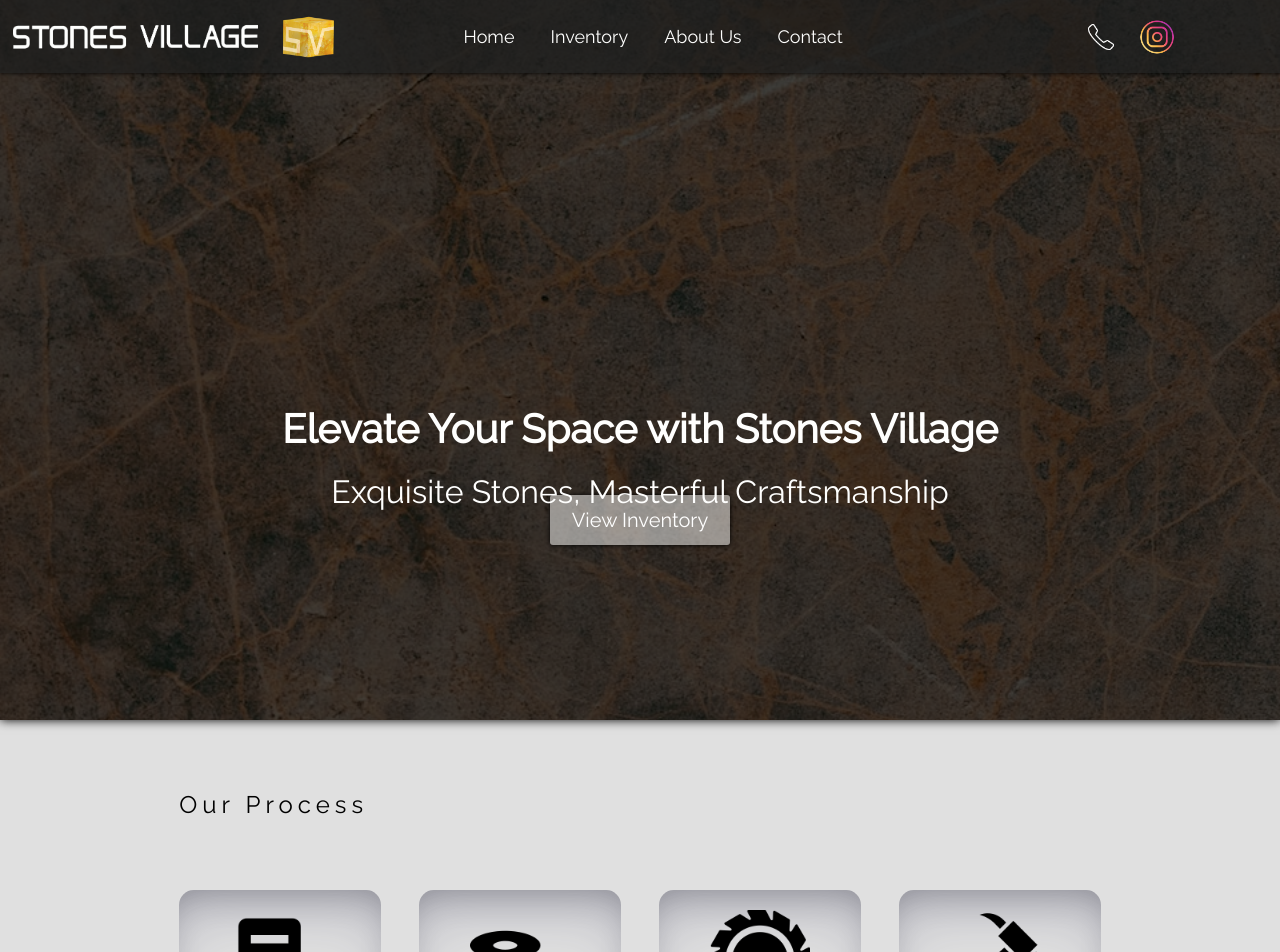
Repository: shayanabedi98/Stones-Village
Page: index.html
The author's editor kept a copy of each file at every save. The page is drawn from the files as they stood at one save, then again after the next save.
The browser window is 1280 px wide. The pictures show the part of the page from y = 0 to 952 px (the page is 3252 px tall).
A picture or video elsewhere on the page could not be fetched, so the positions and the page height are approximate.

Above is the page before, as saved 2023-10-26 23:40:22.

### index.html
<!DOCTYPE html>
<html lang="en">
<head>
    <meta charset="UTF-8">
    <meta name="viewport" content="width=device-width, initial-scale=1.0">
    <meta name="description" content="Stones Village: Premier stone supplier, fabricator, and installer in Concord, Ontario. Experience superior quality and craftsmanship in stone fabrication.">
    <meta name="keywords" content="Stones Village, Stone Supplier Concord, Ontario, Granite, Marble, Onyx, Quartz, Porcelain, Stone Fabrication">
    <title>Stones Village | Home</title>
    <link rel="preconnect" href="https://fonts.googleapis.com">
    <link rel="preconnect" href="https://fonts.gstatic.com" crossorigin>
    <link href="https://fonts.googleapis.com/css2?family=Raleway&display=swap" rel="stylesheet">
    <link rel="preconnect" href="https://fonts.googleapis.com">
    <link rel="preconnect" href="https://fonts.gstatic.com" crossorigin>
    <link href="https://fonts.googleapis.com/css2?family=Dancing+Script&display=swap" rel="stylesheet">
    <link rel="stylesheet" href="styles.css">
    <link rel="stylesheet" href="media.css">
</head>
<body>
    <div class="navbar">
        <div class="logo">
            <img id="logo-name" src="./resources/sv-name.png" alt="Company name">
            <img id="logo-cube" src="./resources/sv-cube.png" alt="Company logo">
        </div>
        <div class="navbar-menu">
            <ul>
                <li><a href="./">Home</a></li>
                <li><a href="./inventory">Inventory</a></li>
                <li><a href="./about-us">About Us</a></li>
                <li><a href="./contact">Contact</a></li>
            </ul>
            <div class="phone-menu-button">
                <img src="./resources/align-justify-svgrepo-com.png" alt="Menu Button">
            </div>
        </div>
        <div class="navbar-menu-mobile">
            <ul>
                <li><a href="./">Home</a></li>
                <li><a href="./inventory">Inventory</a></li>
                <li><a href="./about-us">About Us</a></li>
                <li><a href="./contact">Contact</a></li>
            </ul>
            <button id="tel">
                <a href="tel:+14372375062">
                    <img src="./resources/icons8-phone-100.png" alt="Contact By Number">
                </a>
            </button>
            <button id="instagram">
                <a target="_blank" href="https://www.instagram.com/stonesvillage/">
                    <img src="./resources/iglogo.png" alt="Visit Instagram page">
                </a>
            </button>
            <div class="close-navbar-menu-mobile">
                <img src="./resources/close-svgrepo-com.png" alt="Close menu button">
            </div>
        </div>
        <div class="navbar-links">
            <button id="tel">
                <a href="tel:+14372375062">
                    <img src="./resources/icons8-phone-100.png" alt="Contact By Number">
                </a>
            </button>
            <button id="instagram">
                <a target="_blank" href="https://www.instagram.com/stonesvillage/">
                    <img src="./resources/iglogo.png" alt="Visit Instagram page">
                </a>
            </button>
        </div>
    </div>
    <div class="grid-container">
        <div class="banner1">
            <!-- Background Image -->
        </div>
        <div class="banner-overlay">
            <h1>Elevate Your Space with Stones Village<br><span>Exquisite Stones, Masterful Craftsmanship</span></h1>

            <button>View Inventory</button>
        </div>
        <div class="card-title title">Our Process</div>
        <div class="card-container">
            <div class="card">
                <img src="./resources/invoice-svgrepo-com.png" alt="Icon of Stone Slab">
                <div class="card-text">
                    <p class="card-name">Free Quotation</p>
                    <p class="card-description">Bring Your Vision to Life: Request a free, detailed quote today!</p>
                </div>
            </div>
            <div class="card">
                <img src="./resources/measure-2-svgrepo-com.png" alt="Icon of Stone Slab">
                <div class="card-text">
                    <p class="card-name">Measurement</p>
                    <p class="card-description">Precision at its Best: Guaranteeing a flawless fit and finish with meticulous measurements.</p>
                </div>
            </div>
            <div class="card">
                <img src="./resources/saw-svgrepo-com.png" alt="Icon of Stone Slab">
                <div class="card-text">
                    <p class="card-name">Fabrication</p>
                    <p class="card-description">Elegance Crafted: Precision fabrication transforms raw stones into exquisite masterpieces.</p>
                </div>
            </div>
            <div class="card">
                <img src="./resources/hammer-work-construction-svgrepo-com.png" alt="Icon of Stone Slab">
                <div class="card-text">
                    <p class="card-name">Installation</p>
                    <p class="card-description">Seamless Excellence: Trust in our precise and careful installation for a flawless stone finish.</p>
                </div>
            </div>
        </div>
        <hr>
        <div class="summary-container">
            <div class="summary-text">
                <h2 class="title">Who are we?</h2>
                <p>
                    Stones Village is a renowned supplier, fabricator, and installer of high-quality stones including Granite, Marble, Onyx, Quartz, and Porcelain. Located in the vibrant community of Concord, Ontario, we have years of experience in transforming spaces with our exceptional craftsmanship and dedication to precision. Our expert team is committed to meeting the demands of clients across the country, providing meticulous measurements, seamless installations, and offering free, detailed quotations to kickstart your projects. At Stones Village, we bring your visions to life, ensuring each project is a testament to our mastery and passion for stone craftsmanship.
                </p>
            </div>
            <div class="summary-image">
                <img src="./resources/inventory/inventory-jpg/Onyx-Shower.jpg" alt="Image of Shower with Onyx slab on wall">
            </div>
        </div>
        <hr>
        <div class="example-container">
            <div class="example-content">
                <p class="title">Discover Beauty</p>
                <div class="example-pictures">
                    <img src="./resources/inventory/inventory-jpg/Porcelain-Fireplace.jpg" alt="Image of Porcelain fireplace">
                    <img src="./resources/inventory/inventory-jpg/Onyx-Island2.jpg" alt="Image of glowing Onyx kitchen island">
                    <img src="./resources/inventory/inventory-jpg/Porcelain-Fireplace2.jpg" alt="Image of ">
                    <img src="./resources/inventory/inventory-jpg/Marble-Island.jpg" alt="">
                </div>
            </div>
            <div class="example-description">
                <p>Stones Village invites you to our Instagram page, where a portfolio of diverse and transformative projects awaits. Here, you'll find a showcase of our commitment to excellence in stone craftsmanship. Follow us for a steady stream of inspiration, updates, and a glimpse into the artistry that defines every project. Connect with us on Instagram, and start envisioning the possibilities for your own space today!</p>
                <div class="example-description-btn">
                    <button id="example-instagram"><img src="./resources/Instagram_logo.svg.png" alt=""></button>
                </div>
            </div>
        </div>
    </div>
    <footer>
        <div class="navbar-menu">
            <ul>
                <li><a href="./">Home</a></li>
                <li><a href="./inventory">Inventory</a></li>
                <li><a href="./about-us">About Us</a></li>
                <li><a href="./contact">Contact</a></li>
            </ul>
            <p>Copyright © 2023 Shayan Abedi, Stones Village Inc.</p>
        </div>
    </footer>
    <script src="./index.js"></script>
</body>
</html>

### media.css
@media (max-width: 1024px)
{
    /* ****LAPTOP**** */
    /* Home */

    .card-container {
        width: 95%;
    }

    .card {
        width: 85%;
        height: 90%;
    }

    .card img {
        height: 6em;
    }

    .card-description {
        font-size: 14px;
        line-height: 22px;
    }

    .summary-container {
        width: 90%;
    }

    .summary-text p {
        font-size: 13px;
    }

    .summary-image img {
        height: 450px;
    }

    .example-container {
        width: 90%;
    }

    .example-pictures {
        width: 300px;
        height: 300px;
    }

    .example-pictures img {
        height: 150px;
        width: 150px;
    }

    .example-description p {
        line-height: 40px;
        font-size: 13px;
        margin-top: 50px;
    }

    #example-instagram, #example-contact {
        width: 120px;
        height: 30px;
        font-size: 14px;
        border-radius: 2px;
    }
}

@media (max-width: 425px) {
    /* Mobile L */
    /* Home */
    .navbar {
        grid-template-columns: 1fr 0.5fr;
    }

    #logo-name {
        height: 20px;
    }

    #logo-cube {
        height: 30px;
    }

    .navbar-links {
        display: none;
    }

    .navbar-menu ul {
        display: none;
    }

    .phone-menu-button {
        display: grid;
        align-items: center;
    }

    .banner1, .banner2, .banner3, .banner4, .banner5 {
        height: 100vh;
    }

    .banner-overlay h1 {
        width: 90%;
        top: 200px;
        font-size: 30px;
        line-height: 40px;
    }

    .banner-overlay {
        grid-template-rows: 0.6fr 1fr;
    }

    .banner-overlay span {
        font-size: 20px;
    }

    .banner-overlay button {
        font-size: 16px;
        width: 150px;
        height: 50px;
    }

    .card-container {
        grid-template-rows: repeat(4, 1fr);
        grid-template-columns: none;
    }

    .title {
        text-align: center;
    }

    .card-title {
        margin-top: 100px;
        margin-bottom: 0;
    }

    .card {
        padding: 10px;
        width: 70%;
        height: 300px;
        margin: 20px auto;
    }

    .summary-container {
        grid-template-columns: none;
        grid-template-rows: 1fr 1fr;
        justify-items: center;
    }

    .summary-image {
        text-align: center;
    }

    .summary-image img {
        height: 380px;
    }

    .summary-text {
        order: 1;
    }

    .example-container {
        grid-template-rows: 1fr;
        grid-template-columns: none;
        justify-items: center;
    }

    .example-pictures {
        height: 250px;
    }

    .example-content .title {
        order: 1;
        margin-top: 150px;
    }

    #example-instagram {
        height: 60px;
        width: 160px;
    }
}

### index.js
const banner = document.querySelector('.banner1');
const bannerImg = ['./resources/bg1.jpg', './resources/bg2.jpg', './resources/bg3.jpg', './resources/bg4.jpg'];
let bannerImgIndex = 0;
const logoName = document.querySelector('#logo-name');
const logoCube = document.querySelector('#logo-cube');
const navbar = document.querySelector('.navbar');
const instagram = document.querySelector('#example-instagram');
const instagramBanner = document.querySelector('.banner-overlay button');
const mobileMenuBtn = document.querySelector('.phone-menu-button img');
const mobileMenu = document.querySelector('navbar-menu-mobile');

if (instagramBanner) {
    instagramBanner.addEventListener('click', () => {
        window.location.href = './inventory';
    });
}

logoCube.addEventListener('click', () => {
    window.location.href = './';
})

logoCube.addEventListener('mouseover', () => {
    navbar.style.backgroundColor = 'rgba(224, 183, 57,0.3)'
    navbar.style.transition = '4s'
})

logoCube.addEventListener('mouseout', () => {
    navbar.style.backgroundColor = 'rgba(29, 31, 31, 0.7)'
    navbar.style.transition = '2s'
})

logoName.addEventListener('click', () => {
    window.location.href = './';
})

logoName.addEventListener('mouseover', () => {
    navbar.style.backgroundColor = 'rgba(224, 183, 57,0.3)'
    navbar.style.transition = '4s'
})

logoName.addEventListener('mouseout', () => {
    navbar.style.backgroundColor = 'rgba(29, 31, 31, 0.7)'
    navbar.style.transition = '2s'
})

const bannerImgChanger = () => {
    banner.style.opacity = '0'
    bannerImgIndex = (bannerImgIndex + 1) % bannerImg.length;
    banner.style.background = `url(${bannerImg[bannerImgIndex]})`;

    if (bannerImgIndex === 0) {
        banner.classList.remove('banner2', 'banner3', 'banner4')
        banner.classList.add('banner1');
        banner.style.opacity = '1'

        setTimeout(() => {
            banner.style.opacity = '0'
        }, 7000)

    } else if (bannerImgIndex === 1) {
        banner.classList.remove('banner1', 'banner3', 'banner4')
        banner.classList.add('banner2');
        banner.style.opacity = '1'

        setTimeout(() => {
            banner.style.opacity = '0'
        }, 7000)

    } else if (bannerImgIndex === 2) {
        banner.classList.remove('banner1', 'banner2', 'banner4')
        banner.classList.add('banner3');
        banner.style.opacity = '1'

        setTimeout(() => {
            banner.style.opacity = '0'
        }, 7000)
    } else if (bannerImgIndex === 3) {
        banner.classList.remove('banner1', 'banner2', 'banner3')
        banner.classList.add('banner4');
        banner.style.opacity = '1'

        setTimeout(() => {
            banner.style.opacity = '0'
        }, 7000)
    }
};

bannerImgChanger();

setInterval(bannerImgChanger, 8000)

instagram.addEventListener('click', () => {
    window.open('https://www.instagram.com/stonesvillage/', '_blank')
})

Loaded but not shown: styles.css (821 lines, source omitted)

After the next save:
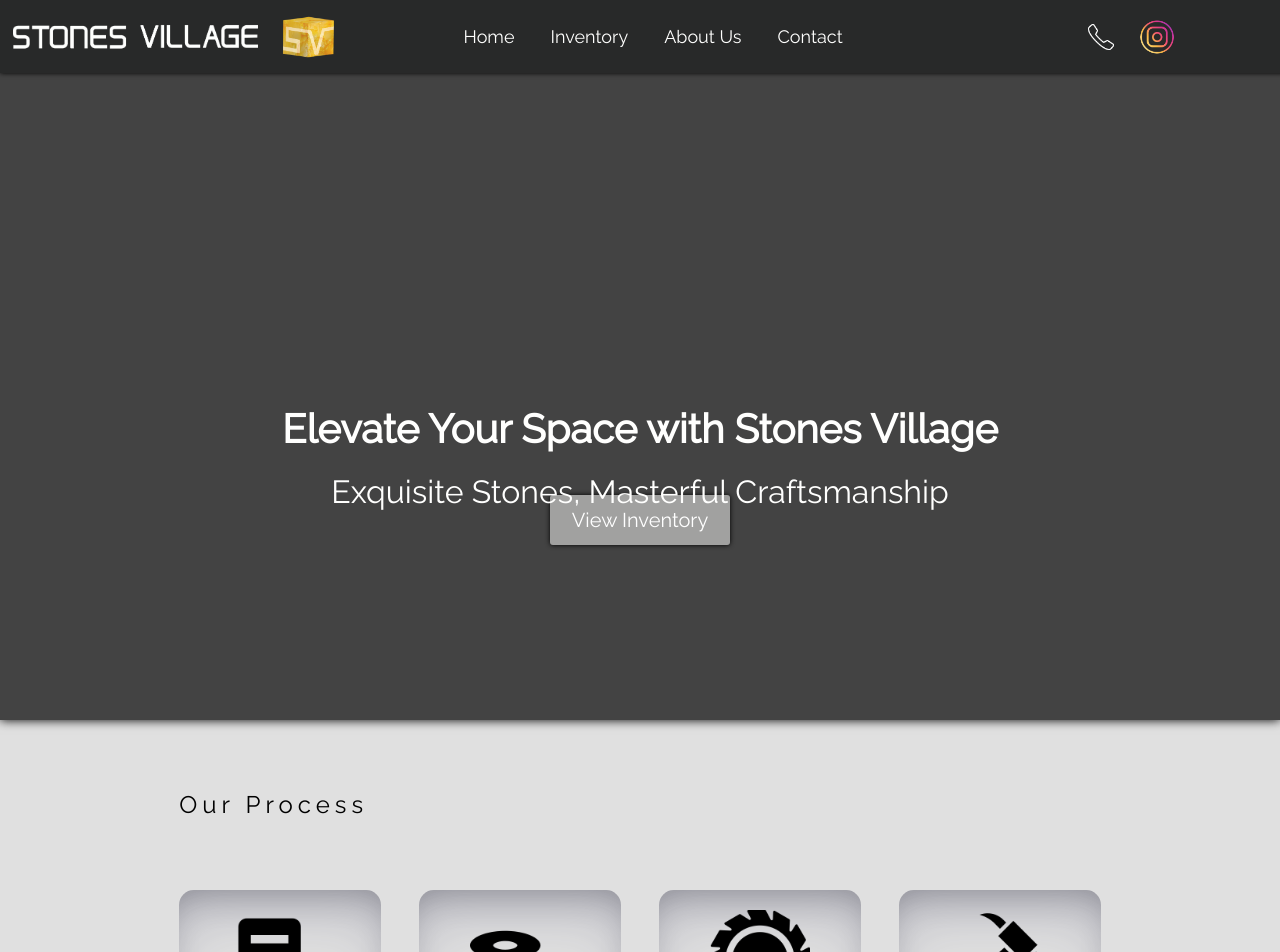
Console error: TypeError: Cannot read properties of null (reading 'addEventListener')
Saved 5 min 58 s later.
--- a/index.js
+++ b/index.js
@@ -8,6 +8,17 @@
 const instagramBanner = document.querySelector('.banner-overlay button');
 const mobileMenuBtn = document.querySelector('.phone-menu-button img');
 const mobileMenu = document.querySelector('navbar-menu-mobile');
+const closeMobileMenuBtn = document.querySelector('close-navbar-menu-mobile img');
+
+mobileMenuBtn.addEventListener('click', () => {
+    mobileMenu.style.display = 'grid';
+    mobileMenuBtn.style.visibility = 'hidden';
+});
+
+closeMobileMenuBtn.addEventListener('click', () => {
+    mobileMenu.style.display = 'none';
+    mobileMenuBtn.style.visibility = 'visible';
+});
 
 if (instagramBanner) {
     instagramBanner.addEventListener('click', () => {

After the save that followed:
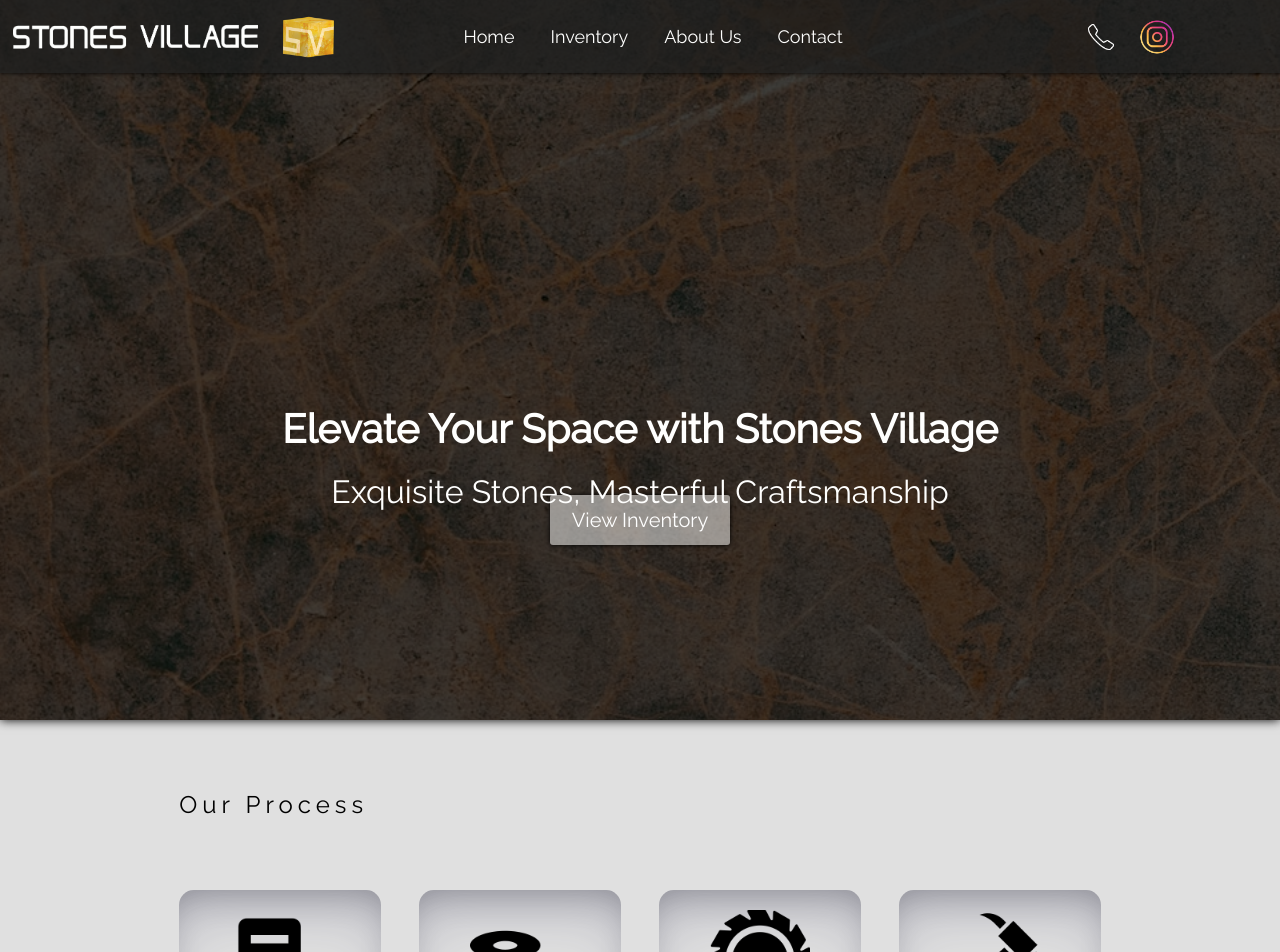
The error is gone.
Saved 56 s later.
--- a/index.js
+++ b/index.js
@@ -7,8 +7,8 @@
 const instagram = document.querySelector('#example-instagram');
 const instagramBanner = document.querySelector('.banner-overlay button');
 const mobileMenuBtn = document.querySelector('.phone-menu-button img');
-const mobileMenu = document.querySelector('navbar-menu-mobile');
-const closeMobileMenuBtn = document.querySelector('close-navbar-menu-mobile img');
+const mobileMenu = document.querySelector('.navbar-menu-mobile');
+const closeMobileMenuBtn = document.querySelector('.close-navbar-menu-mobile img');
 
 mobileMenuBtn.addEventListener('click', () => {
     mobileMenu.style.display = 'grid';
